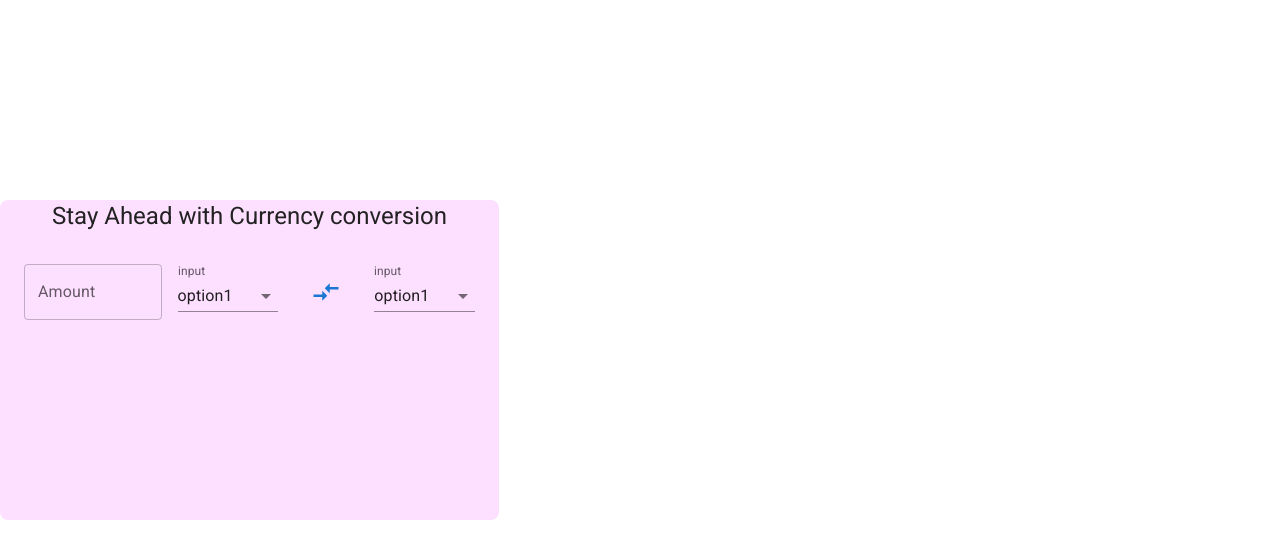
Repository: Asad-devv/CURRENCY
Page: /
The author's editor kept a copy of each file at every save. The page is drawn from the files as they stood at one save, then again after a run of saves.
The browser window is 1280 px wide. The pictures show the whole page.
The project was rebuilt for these pictures with package versions that can differ from the ones it lists, and the page was loaded fresh each time. Also part of the build but not shown: craco.config.js.

Above is the page before, as saved 2023-03-02 15:30:11.

After the next 2 saves:
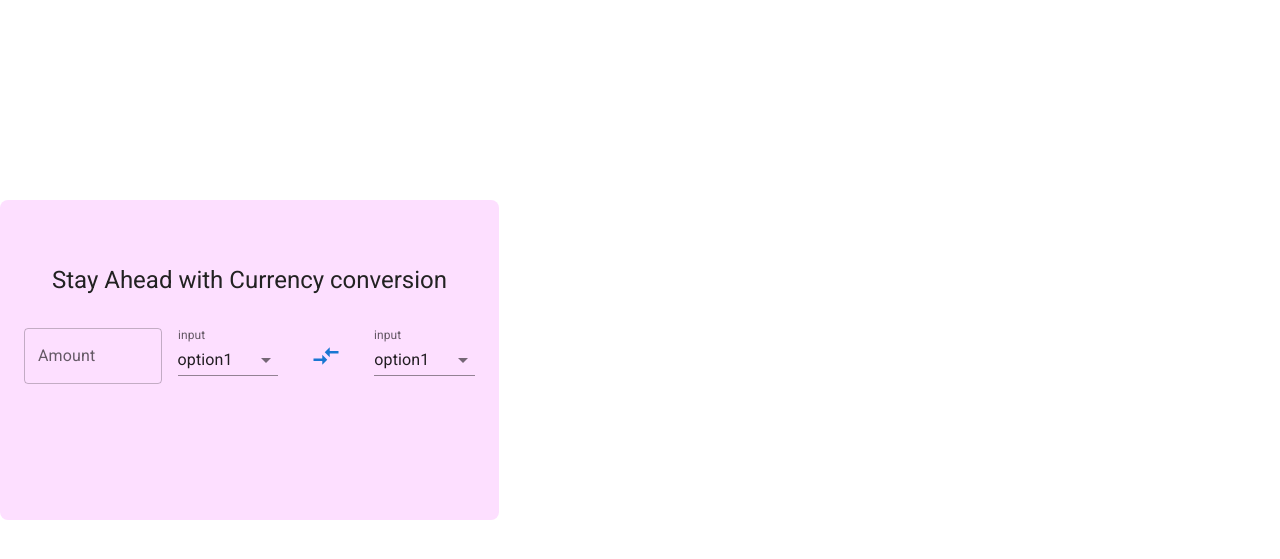
The 2 saves are shown as one change because they came seconds apart.
The last was saved 23 s later.
--- a/src/App.jsx
+++ b/src/App.jsx
@@ -7,7 +7,7 @@ import SwitchCurrency from "./components/SwitchCurrency";
 // import './App.css'
 
 function App() {
-  const boxStyles ={ background: "#fddfff" ,textAlign : "center", color:"#222",minHeight:"20rem",borderRadius:2}
+  const boxStyles ={ background: "#fddfff" ,textAlign : "center", color:"#222",minHeight:"20rem",borderRadius:2,padding : "4rem "}
   return (
     <Container maxWidth="md" sx={boxStyles}>
       <Typography variant = "h5"sx={{mb:"2rem"}}>Stay Ahead with Currency conversion</Typography>
